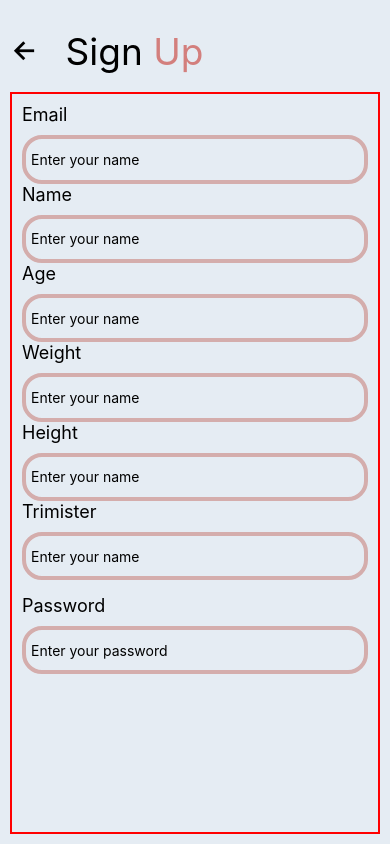
Repository: kgayathridevi/pregband
Screen: /Sign
An editor plug-in stored every save of this project. The screen is shown before and after the next save, followed by the edit.
The app was drawn by React Native's web renderer in a window 390 px wide. The project was rebuilt for these pictures with package versions that can differ from the ones it lists, and the page was loaded fresh each time. Also part of the build but not shown: component/Home.jsx.

Above is the screen before, as saved 2023-04-30 07:59:25.

After the next save:
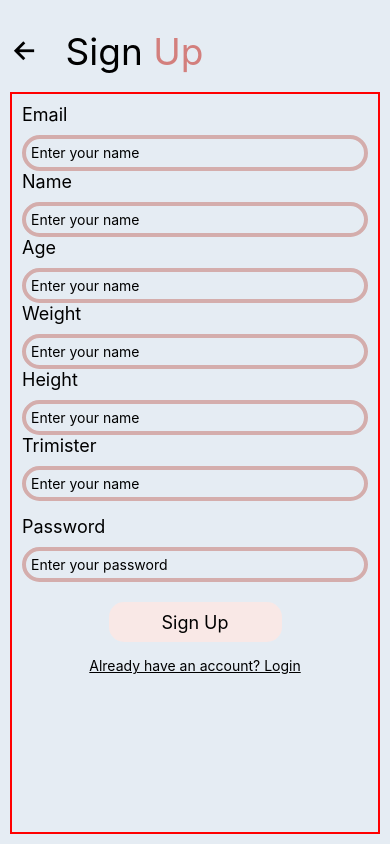
Saved 65 s later.
--- a/component/SignUpScreen.jsx
+++ b/component/SignUpScreen.jsx
@@ -45,7 +45,7 @@ const SignUpScreen = ({ navigation }) => {
           <Text style={{ fontSize: 18, marginTop: 15 }}>Password</Text>
           <TextInput style={styles.textInp} placeholder="Enter your password" />
 
-          {/* <View style={{ marginTop: 20, alignItems: "center" }}>
+          <View style={{ marginTop: 20, alignItems: "center" }}>
             <TouchableOpacity
               style={styles.logBtn}
               onPress={() => navigation.navigate("Home")}
@@ -57,7 +57,7 @@ const SignUpScreen = ({ navigation }) => {
                 Already have an account? Login
               </Text>
             </TouchableOpacity>
-          </View> */}
+          </View>
         </View>
       </View>
     </SafeAreaView>
